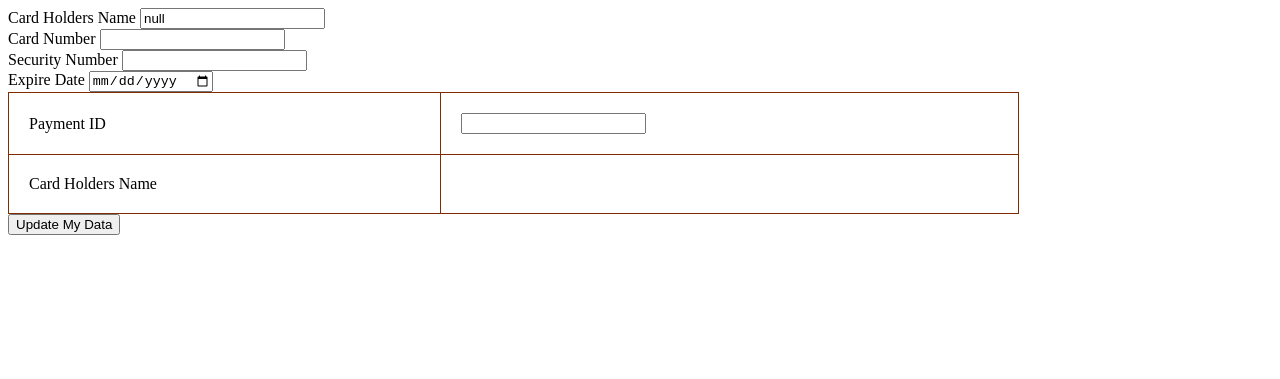
Repository: sandeepa9803/OOP---Online-Travel-web-application
Page: http://localhost/PaymentNew/updatepayment.jsp
An editor plug-in stored every save of this project. The page is shown before and after the next save, followed by the edit.
The browser window is 1280 px wide. The pictures show the whole page.
The page is served by Tomcat 9.

Above is the page before, as saved 2021-10-11 12:12:58.

After the next save:
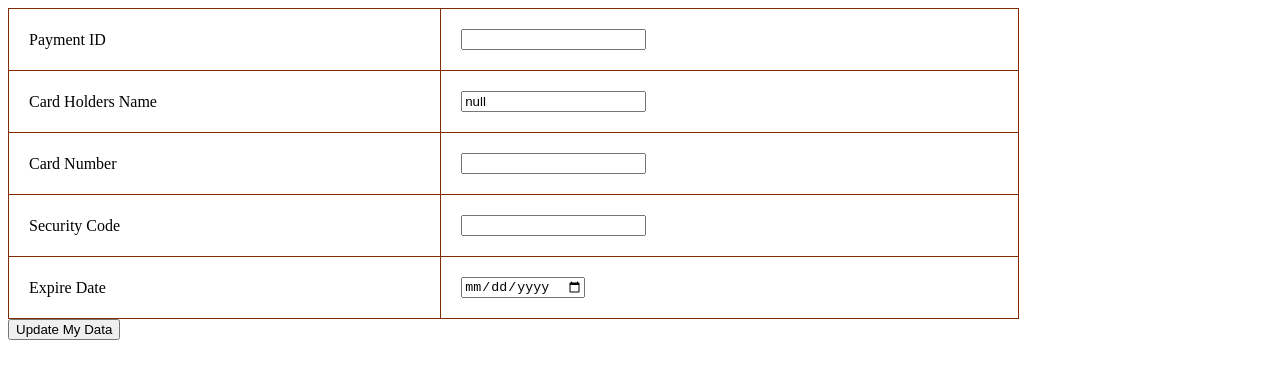
Saved 4 min 45 s later.
--- a/PaymentNew/WebContent/updatepayment.jsp
+++ b/PaymentNew/WebContent/updatepayment.jsp
@@ -60,12 +60,28 @@ th, td {
      <td>  Payment ID </td>
      <td> <input type ="number" name="paymentid" value="<%=PaymentID%>" readonly></td>
      </tr>
+
      <tr>
      <td> Card Holders Name </td>
-    Card Holders Name <input type ="text" name="cardholder" value="<%=CardHoldersName%>"><br>
-    Card Number <input type ="number" name="cardnum" value="<%=CardNumber%>"><br>
-    Security Number <input type ="number" name="cvcnum" value="<%=SecurityCode%>"><br>
-    Expire Date <input type ="date" name="date" value="<%=ExpireDate%>"><br>
+     <td><input type ="text" name="cardholder" value="<%=CardHoldersName%>"></td>
+     </tr>
+
+     <tr>
+     <td> Card Number </td>
+     <td> <input type ="number" name="cardnum" value="<%=CardNumber%>"></td>
+     </tr>
+
+     <tr>
+     <td> Security Code </td>
+     <td><input type ="number" name="cvcnum" value="<%=SecurityCode%>"> </td>
+     </tr>
+
+    <tr>
+    <td> Expire Date </td>
+    <td><input type ="date" name="date" value="<%=ExpireDate%>"> </td>
+    </tr>
+
+
 
     </table>
 
